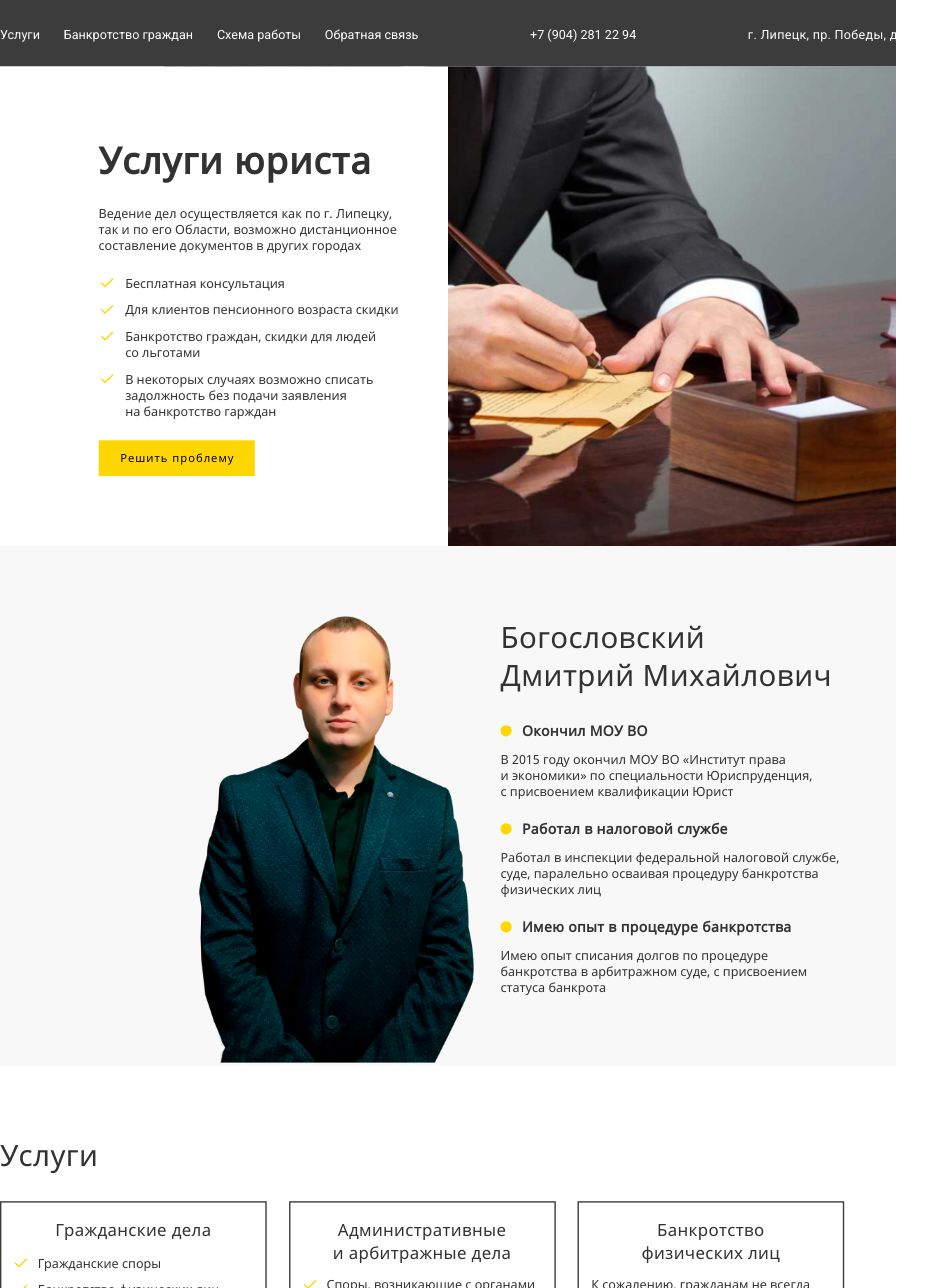
Repository: Nisovaki/antei
Page: http://localhost/
The author's editor kept a copy of each file at every save. The page is drawn from the files as they stood at one save, then again after the next save.
The browser window is 1280 px wide. The page is 1313 px wide, then 1347 px, so the pictures cover 1347 px, including what lies to the right of the window. The pictures show the part of the page from y = 0 to 1840 px (the page is 6036 px tall), at 70% of full size.
The page is run by PHP 8.4 with error messages shown; the project is at /var/www/html/. Style sheets and scripts are compiled from the project's sources, by tool versions that may differ from the author's.

Above is the page before, as saved 2022-03-19 11:47:14.

### index.html
<!DOCTYPE html>
<html lang="ru">
<head>
	<meta charset="UTF-8">
	<meta http-equiv="X-UA-Compatible" content="IE=edge">
	<meta name="viewport" content="width=1440"/>
	<link rel="stylesheet" href="css/style.css">
	<link rel="preconnect" href="https://fonts.googleapis.com">
	<link rel="preconnect" href="https://fonts.gstatic.com" crossorigin>
	<link href="https://fonts.googleapis.com/css2?family=Roboto&display=swap" rel="stylesheet">
	<title>Услуги юриста</title>
</head>
<body>
	<navbar class="navbar">
		<div class="container">
			<div class="navbar-block">
				<ul class="navbar-list">
					<li class="navbar-item"><a href="#" class="navbar-link">Услуги</a></li>
					<li class="navbar-item"><a href="#" class="navbar-link">Банкротство граждан</a></li>
					<li class="navbar-item"><a href="#" class="navbar-link">Схема работы</a></li>
					<li class="navbar-item"><a href="#" class="navbar-link">Обратная связь</a></li>
				</ul>
				<div class="navbar-tel"><a href="tel:+79042812294" class="navbar-link">+7 (904) 281 22 94</a></div>
				<div class="navbar-address">г. Липецк, пр. Победы, д. 89</div>
			</div>
   </div>
	</navbar>

	<header class="header">
		<div class="container">
			<div class="header-block">
				<h1 class="header-block__title">Услуги юриста</h1>
				<div class="header-block__text">
					Ведение дел осуществляется как по г. Липецку, так и по его Области, возможно дистанционное составление документов
					в других городах
				</div>

				<ul class="header-block__list">
					<li class="icons header-block__item"><span class="icons__check"> Бесплатная консультация</span></li>
					<li class="icons header-block__item"><span class="icons__check"> Для клиентов пенсионного возраста скидки</span></li>
					<li class="icons header-block__item"><span class="icons__check"> Банкротство граждан, скидки для людей со&nbsp;льготами</span></li>
					<li class="icons header-block__item"><span class="icons__check"> В некоторых случаях возможно списать задолжность без подачи заявления на&nbsp;банкротство гарждан</span></li>
				</ul>

				<button class="button header__button">Решить проблему</button>
			</div>
		</div>
	</header>

	<section class="biography">
		<div class="container">
			<div class="author">
				<div class="author-img">
					<img src="img/biography/author.png" alt="Фотография: Богословский Дмитрий Михайлович" class="biography-author">
				</div>
				<div class="author-block">
					<h2 class="title biography-title">Богословский Дмитрий Михайлович</h2>
					<div class="biography-block">
						<div class="biography-subtitle"><span class="biography-subtitle__elipse"></span> Окончил МОУ ВО</div>
						<div class="biography-text">В 2015 году окончил МОУ ВО «Институт правa<br>и экономики» по специальности Юриспруденция,<br> с
							присвоением квалификации Юрист</div>
						<div class="biography-subtitle"><span class="biography-subtitle__elipse"></span> Работал в налоговой службе</div>
						<div class="biography-text">Работал в инспекции федеральной налоговой службе, суде, паралельно осваивая процедуру
							банкротства физических лиц</div>
						<div class="biography-subtitle"><span class="biography-subtitle__elipse"></span> Имею опыт в процедуре банкротства
						</div>
						<div class="biography-text">Имею опыт списания долгов по процедуре банкротства в арбитражном суде, с присвоением
							статуса банкрота</div>
					</div>
				</div>
			</div>
		</div>
	</section>
	<section class="services">
		<div class="container">
			<h2 class="title services__title">Услуги</h2>
			<div class="services-block">
				<div class="services-block__item">
					<h3 class="services-block__title">Гражданские дела</h3>
					<ul class="services-block__list">
						<li class="icons services-block__cell">Гражданские споры</li>
						<li class="icons services-block__cell">Банкротство физических лиц</li>
						<li class="icons services-block__cell">Жилищные и трудовые споры</li>
						<li class="icons services-block__cell">Споры по кредитам частичное списание (индивидуально)</li>
						<li class="icons services-block__cell">Страховые вопросы</li>
						<li class="icons services-block__cell">Возмещение морального вреда, (составление претензий, жалоб, исковых заявлений, представительство в суде)</li>
					</ul>
				</div>

				<div class="services-block__item">
					<h3 class="services-block__title">Административные и&nbsp;арбитражные дела</h3>
					<ul class="services-block__list">
						<li class="icons services-block__cell">Споры, возникающие с органами испольнительной власти</li>
						<li class="icons services-block__cell">Досудебный порядок регулирования</li>
						<li class="icons services-block__cell">Составление претензий, жалоб, искового заявления</li>
						<li class="icons services-block__cell">Ознакомление с материалами дела</li>
						<li class="icons services-block__cell">Представительство в судах</li>
					</ul>
				</div>

				<div class="services-block__item">
					<h3 class="services-block__title">Банкротство физических лиц</h3>
					<p class="services-block__text">К сожалению, гражданам не всегда удаётся своевременно погасить образовавшиеся задолженности<br> по многим причинам — потеря<br>
					работы, заболевание, требующее срочного лечения и т.д., однако<br> выход есть всегда, это Банкротство физичсекого лица</p>
					<a href="#" class="services-block__link">Узнать подробнее
						<img src="img/services/arrow.svg" alt="стрелка" class="services-block__img-1">
						<img src="img/services/arrow.svg" alt="стрелка" class="services-block__img-2">
					</a>
				</div>
			</div>
			<div class="services__wrapper">
				<button class="button services__button"><a href="#" class="services__button-link">Обратиться за помощью</a></button>
			</div>
		</div>
	</section>

	<section class="algorithm">
		<div class="container">
			<div class="algorithm-block">
				<div class="algorithm-block__item-1">
					<h2 class="title algorithm-block__title">Наш алгоритм действий</h2>
					<ol class="algorithm-block__list">
						<li class="algorithm-block__cell algorithm-block__cell-color"><div class="algorithm-block__element"></div> Изучение дела</li>
						<li class="algorithm-block__cell"><div class="algorithm-block__element"></div> Выработка стратегии</li>
						<li class="algorithm-block__cell"><div class="algorithm-block__element"></div> Претензионная работа</li>
						<li class="algorithm-block__cell"><div class="algorithm-block__element"></div> Подготовка пиьменной позиции</li>
						<li class="algorithm-block__cell"><div class="algorithm-block__element"></div> Наложение обеспечительных мер</li>
						<li class="algorithm-block__cell"><div class="algorithm-block__element"></div> Сбор доказательств</li>
						<li class="algorithm-block__cell"><div class="algorithm-block__element"></div> Представление интересов клиента в суде</li>
						<li class="algorithm-block__cell"> В случае обжалования решения суда первой инстанции — подготовка апелляционной и&nbsp;кассационной жалобы</li>
					</ol>
				</div>
				<div class="algorithm-block__item-2"><img src="img/algorithm/algorithm-img.jpg" alt="img: algorithm-block__img" class="algorithm-block__img"></div>
			</div>
		</div>
	</section>

	<section class="smash">
		<div class="container">
			<h2 class="title smash__title">Банкротство граждан</h2>
			<p class="smash__text">Это прозрачный и законный способ списания долгов (кредитов, займов, микрозаймов, долговых расписок) для гражданина,
			который регулируется Федеральным законом «О несостоятельности (банкротстве)»<br> от 26.10.2002 N 127-ФЗ (последняя редакция)</p>

			<div class="smash-wrapper">
				<div class="smash-wrapper__item smash-wrapper__item--indent-1">
					<div class="smash-wrapper__num">1</div>
					<div class="smash-wrapper__title">Консультация</div>
					<div class="smash-wrapper__text">Квалифицированные специалисты с многолетним опытом, помогают клиенту соориентироваться необходима ли для него процедура
					банкротства, каковы плюсы и минусы, есть ли ограничения,<br>каков предполагаемый результат на стадии<br> анализа.
  					</div>
				</div>

				<div class="smash-arrow__right"><img src="img/smash/arrow_right.svg" alt="arrow_right"></div>

				<div class="smash-wrapper__item smash-wrapper__item--indent-2">
					<div class="smash-wrapper__num">2</div>
					<div class="smash-wrapper__title">Составление перечьня докуметов</div>
					<div class="smash-wrapper__text">Составление необходимого перечьня документов, при необходимости восстановления справок, договоров, для предоставления
					юристу, при составлении Заявление о признании должника несостоятельным (банкротом), с пошаговым объяснением клиенту, для
					чего тот или иной абзац.
					</div>
				</div>

				<div class="smash-arrow__bottom"><img src="img/smash/arrow_bottom .svg" alt="arrow_bottom"></div>

				<div class="smash-wrapper__item smash-wrapper__item--indent-3">
					<div class="smash-wrapper__num">3</div>
					<div class="smash-wrapper__title">Подача заявления</div>
					<div class="smash-wrapper__text">Подача заявления в Арбитражный суд и представительство его интересов в суде по<br> данному делу, процедура списания долгов,
					при которой можно вздохнуть спокойно и<br> наслаждаться жизнью.
					</div>
				</div>
			</div>
			<!-- /.smash-wrapper -->
		</div>
		<!-- /. container -->
	</section>

	<section class="scheme">
		<div class="container">
			<h2 class="title scheme__title">Схема работы</h2>
			<div class="scheme-wrapper">
				<div class="scheme-wrapper__item">
					<div class="scheme-wrapper--dotted-1"></div>
					<div class="scheme-wrapper__num scheme-wrapper__num--color">1</div>
					<p class="scheme-wrapper__text">Оставьте заявку <br>или позвоните по номеру телефона</p>
				</div>
				<!-- /.scheme-wrapper__item -->
				<div class="scheme-wrapper__item">
					<div class="scheme-wrapper--dotted-2"></div>
					<div class="scheme-wrapper__num scheme-wrapper__num-2">2</div>
					<p class="scheme-wrapper__text">Бесплатно изучаю <br>ваши документы</p>
				</div>
				<!-- /.scheme-wrapper__item -->
				<div class="scheme-wrapper__item">
					<div class="scheme-wrapper--dotted-3"></div>
					<div class="scheme-wrapper__num scheme-wrapper__num-3">3</div>
					<p class="scheme-wrapper__text">Оцениваю ситуацию<br> и называю стоимость услуг</p>
				</div>
				<!-- /.scheme-wrapper__item -->
				<div class="scheme-wrapper__item">
					<div class="scheme-wrapper__num scheme-wrapper__num-4">4</div>
					<p class="scheme-wrapper__text">Заключаем сотрудничество и решаем проблему</p>
				</div>
				<!-- /.scheme-wrapper__item -->
			</div>
			<!-- /.scheme-wrapper -->
			<button class="button scheme__button">Оставить заявку</button>
		</div>
		<!-- /.container -->
	</section>
	<!-- /.scheme -->
    <section class="feedback">
		<div class="container">
			<div class="feedback-block">
				<div class="feedback-block__title">Обратная связь</div>
				<form action="send.php" method="post" class="feedback-form">
					<div class="feedback-input">
						<input type="text" placeholder="Ваше имя" class="feedback__input" name="name">
						<input type="text" placeholder="Электронная почта" class="feedback__input" name="email">
					</div>
					<textarea name="message" placeholder="Ваше сообщение" class="feedback__message"></textarea>
					<div class="feedback__wrapper">
						<input type="file" name="file" type="file" name="file" id="input__file" multiple class="feedback__file">
						<label for="input__file" class="feedback__file-button">
							<span class="feedback__file-button-text">
								<img src="img/feedback/file.svg" alt="файл">
								Загрусить файл
							</span>
						</label>
					</div>
					<div class="feedback__agreemet">
						<input type="checkbox" class="feedback__checkbox">
						<span class="feedback__text">Даю согласие на обработку персональных данных</span>
					</div>
					<button class="feedback__button">Отправить</button>
				</form>
			</div>
		</div>
	</section>

	<footer class="footer">
		<div class="container">
			<div class="footer-contacts">
				<h2 class="title footer__title">Контакты</h2>
				<div class="footer-contacts__item">
					<h3 class="footer-contacts__subtitle footer-contacts__subtitle--ml-1"><img src="img/footer/phone.svg" alt="icon: тефон" class="footer-contacts__icon-1">Номер телефона</h3>
					<a href="tel:+79042812294" class="footer-contacts__phone--ml1">+7 (904) 281 22 94</a>
					<a href="tel:+79042812293" class="footer-contacts__phone--ml2">+7 (904) 281 22 93</a>
					<div class="footer-contacts__block">
						<a href="" target="_blank"><img src="img/footer/viber.svg" alt="icon: viber" class="footer-contacts__icon"></a>
						<a href="" target="_blank"><img src="img/footer/watsapp.svg" alt="icon: watsapp" class="footer-contacts__icon"></a>
						<a href="" target="_blank"><img src="img/footer/telegram.svg" alt="icon: telegram" class="footer-contacts__icon"></a>
					</div>
					<p class="footer-contacts__subtitle footer-contacts__subtitle--ml-2"><img src="img/footer/email.svg" alt="icon: email" class="footer-contacts__icon-2"> Электронная почта</p>
					<a href="mailto:adp48ru@mail.ru" class="footer-contacts__email">adp48ru@mail.ru</a>
					<h3 class="footer-contacts__subtitle footer-contacts__subtitle--ml-3 "><img src="img/footer/map.svg" alt="icon: адрес" class="footer-contacts__icon-3"> Адрес</h3>
					<p class="footer-contacts__text">г. Липецк, пр. Победы, д. 89, 2 этаж</p>
					<h3 class="footer-contacts__subtitle footer-contacts__subtitle--ml-4"><img src="img/footer/clock.svg" alt="icon: режим работы" class="footer-contacts__icon-4"> Часы работы</h3>
					<p class="footer-contacts__text">Будни с 09:00 до17:00, выходные с 09:00 до 13:00 по записи</p>
				</div>

			</div>
			<!-- /.footer-contacts -->
			<div class="footer-map">

			</div>
			<!-- /.footer-map -->
		</div>
			<div class="footer-law">
				<div class="container">
					<p class="footer-law__text">© Все права защищены</p>
				</div>
			</div>

		<!-- /.container -->
	</footer>
	<!-- /.footer -->
</body>
</html>

### sass/style.sass
@import "_normalize.scss"
@import "_variables.sass"
@import "_settings.sass"
@import "_fonts.scss"
@import "block/_navbar.sass"
@import "block/_header.sass"
@import "block/_biography.sass"
@import "block/_services.sass"
@import "block/_algorithm.sass"
@import "block/_smash.sass"
@import "block/_feedback.sass"
@import "block/_footer.sass"
@import "block/_scheme.sass"

### sass/_variables.sass
$dark: #3C3C3C
$light: #FFFFFF
$txt-color: #323232
$btn-color: #FFD600
$fon-color: #F8F8F8
$dashed-color: #BABABA

### sass/_settings.sass
*
	box-sizing: border-box
body
	font-family: "Noto Sans", sans-serif
	font-weight: 400
	color: $txt-color
img
	max-width: 100%
.container
	max-width: 1320px
	margin: auto
.icons
	list-style-image: url(../img/header/Vector.svg)
	&__check
		position: relative
		left: 10px
.button
	padding: 15px 30px
	background-color: $btn-color
	border: none
	cursor: pointer
.title
	font-weight: 500
	font-size: 42px
	line-height: 130%
@media (max-width: 1200px)
	br
		display: none

### sass/_fonts.scss
@font-face {
  font-family: "Noto Sans bold";
  src: url("../fonts/NotoSans-Bold.woff2") format("woff2"),
    url("../fonts/NotoSans-Bold.woff") format("woff");
  font-weight: bold;
  font-style: normal;
  font-display: swap;
}

@font-face {
  font-family: "Noto Sans";
  src: url("../fonts/NotoSans.woff2") format("woff2"),
    url("../fonts/NotoSans.woff") format("woff");
  font-weight: normal;
  font-style: normal;
  font-display: swap;
}

### sass/block/_navbar.sass
.navbar
	display: block
	font-family: 'Roboto', sans-serif
	background-color: $dark
	color: $light
	padding: 37px 0 35px 0
	font-size: 18px
	line-height: 130%
	&-block
		display: flex
		justify-content: space-between
	&-list
		display: flex
		justify-content: space-between
		align-items: center
		margin: 0
		padding: 0
		flex-basis: 46.7%
	&-item
		list-style: none
	&-link
		color: inherit
		text-decoration: none
	&-address
		margin-right: -2.6%
		letter-spacing: 0.4px

### sass/block/_header.sass
.header
	padding: 100px 0
	background: url(../img/header/fon-img.jpg)
	background-repeat: no-repeat
	background-size: contain
	background-position: center right
	position: relative
	&::before
		content: ''
		width: 50%
		height: 100%
		position: absolute
		top: 0
		left: 0
		background-color: #ffffff
	&-block
		width: 39%
		position: relative
		margin-right: 50px
		margin-left: 11%
		&__list
			margin: 0
			padding: 0
			padding-left: 28px
		&__text
			width: 430px
			font-size: 18px
			line-height: 129%
			margin-bottom: 30px
		&__item
			margin-bottom: 15px
			width: 405px
			font-size: 18px
			line-height: 128%
		&__title
			font-weight: 600
			font-size: 52px
			line-height: 130%
			margin: 0
			margin-bottom: 30px
			letter-spacing: 1.5px
	&__button
		margin-top: 15px
		padding: 16px 29px 17px 31px
		letter-spacing: 1.4px

### sass/block/_biography.sass
.biography
	padding-top: 100px
	background-color: $fon-color
	&-title
		letter-spacing: 0.6px
		width: 475px
		margin: 0
		margin-bottom: 40px
		margin-top: 2px
	&-subtitle
		font-weight: 600
		font-size: 20px
		line-height: 130%
		margin-bottom: 15px
		letter-spacing: 0.5px
		&__elipse
			display: inline-block
			width: 16px
			height: 16px
			background-color: $btn-color
			border-radius: 50%
			margin-right: 9px
	&-text
		font-size: 18px
		line-height: 128%
		width: 487px
		margin-bottom: 30px
.author
	display: flex
	justify-content: flex-end
	&-img
		flex-basis: 56%
		margin-left: 263px
	&-block
		flex-basis: 70%

### sass/block/_services.sass
.services
    padding-top: 100px
    padding-bottom: 100px
    &__title
        letter-spacing: 0.6px
        margin: 0
        margin-bottom: 40px
    &-block
        width: 1206px
        display: flex
        justify-content: space-between
        &__list
            padding-inline-start: 44px
            margin-bottom: 22px
        &__item
            border: 2px solid $dark
            width: 381px
            margin-bottom: 30px
        &__title
            font-weight: 500
            font-size: 24px
            line-height: 130%
            margin-top: 23px
            margin-bottom: 20px
            margin-left: auto
            margin-right: auto
            text-align: center
            width: 294px
            letter-spacing: 0.5px
            margin-left: 11%
        &__cell
            padding-inline-start: 8px
            font-size: 18px
            line-height: 128%
            margin: 15px 0
            width: 308px
        &__text
            margin: 0 auto 25px auto
            font-size: 18px
            line-height: 128%
            width: 342px
        &__link
            display: block
            width: 323px
            font-weight: 500
            font-size: 18px
            line-height: 130%
            color: $btn-color
            margin: 0 auto
            text-decoration: none
            letter-spacing: 0.2px
        &__img-1
            margin-left: 5px
        &__img-2
            margin-left: -5px
    &__wrapper
        width: 387px
        margin: 0  auto
    &__button
        display: flex
        &-link
            color: inherit
            text-decoration: none
            font-weight: 500
            font-size: 18px
            line-height: 130%
            letter-spacing: 0.2px

### sass/block/_algorithm.sass
.algorithm
    padding: 100px 0 70px 0
    background-color: $fon-color
    &-block
        display: flex
        position: relative
        &__item-1
            width: 515px
            margin-left: 103px
        &__title
            width: 382px
            display: inline-block
            margin: 0
            margin-bottom: 40px
            letter-spacing: 0.5px
        &__cell-color
            &::before
                background-color: $btn-color
        &__element
            position: absolute
            top: 33px
            left: 17px
            width: 0px
            height: 34px
            border: 1px dashed $dashed-color
        &__img
            max-width: inherit
ol
    list-style: none
    width: 445px
    font-size: 17px
    font-weight: 400
    padding: 0
    margin: 0
    li
        counter-increment: num
        margin: 0
        padding: 7px 0 35px 44px
        position: relative
        line-height: 125%
        letter-spacing: 0.5px
        &::marker
            display: none
        &::before
            content: counter(num)
            display: inline-block
            position: absolute
            top: 0
            left: 0
            background: #fff
            color: $dark
            text-align: center
            font-size: 18px
            padding: 6px 12px 6px 9px
            border: 1px solid $btn-color
            border-radius: 50%

### sass/block/_footer.sass
.footer
	&__title
		font-style: normal
		font-weight: 500
		font-size: 42px
		line-height: 130%
		margin-top: 0
		margin-bottom: 43px
	&__item
		display: flex
	&-contacts
		&__block
			margin-left: 43px
			margin-top: 10px
		&__subtitle
			display: flex
			justify-content: space-between
			align-items: center
			font-style: normal
			font-weight: 400
			font-size: 18px
			line-height: 130%
			margin-bottom: 14px
			&--ml-1
				width: 14.5%
			&--ml-2
				display: flex
				justify-content: space-between
				align-items: center
				width: 16.3%
			&--ml-3
				width: 7.3%
			&--ml-4
				width: 12%
		&__phone
			font-style: normal
			font-weight: 500
			font-size: 18px
			line-height: 130%
			color: inherit
			text-decoration: none
			margin-bottom: 10px
			&--ml1
				text-decoration: none
				margin-left: 43px
				color: inherit
			&--ml2
				margin-left: 10px
				color: inherit
				text-decoration: none
		&__text
			font-style: normal
			font-weight: 400
			font-size: 18px
			line-height: 130%
			color: inherit
			margin-left: 43px
			margin-top: 0
			margin-bottom: 14px
		&__email
			color: inherit
			text-decoration: none
			margin-bottom: 30px
			margin-left: 43px
		&__icon
			margin-right: 15px
			margin-bottom: 30px
			width: 40px
			height: 40px
		&-map
			margin-bottom: 100px
	&-law
		width: 100%
		height: 83px
		background-color: $dark
		&__text
			text-align: center
			padding-top: 30px
			font-style: normal
			font-weight: 400
			font-size: 18px
			line-height: 130%
			color: $light

Loaded but not shown: sass/_normalize.scss (common file); img/smash/arrow_right.svg (3 lines, source omitted); img/smash/arrow_bottom .svg (3 lines, source omitted); img/footer/viber.svg (4 lines, source omitted); img/footer/email.svg (11 lines, source omitted); img/footer/clock.svg (4 lines, source omitted); img/footer/map.svg (4 lines, source omitted); img/footer/phone.svg (3 lines, source omitted); img/footer/watsapp.svg (4 lines, source omitted); img/footer/telegram.svg (45 lines, source omitted); img/feedback/file.svg (3 lines, source omitted); img/header/Vector.svg (3 lines, source omitted); img/services/arrow.svg (3 lines, source omitted); sass/block/_feedback.sass (102 lines, source omitted); sass/block/_scheme.sass (69 lines, source omitted); sass/block/_smash.sass (65 lines, source omitted)

After the next save:
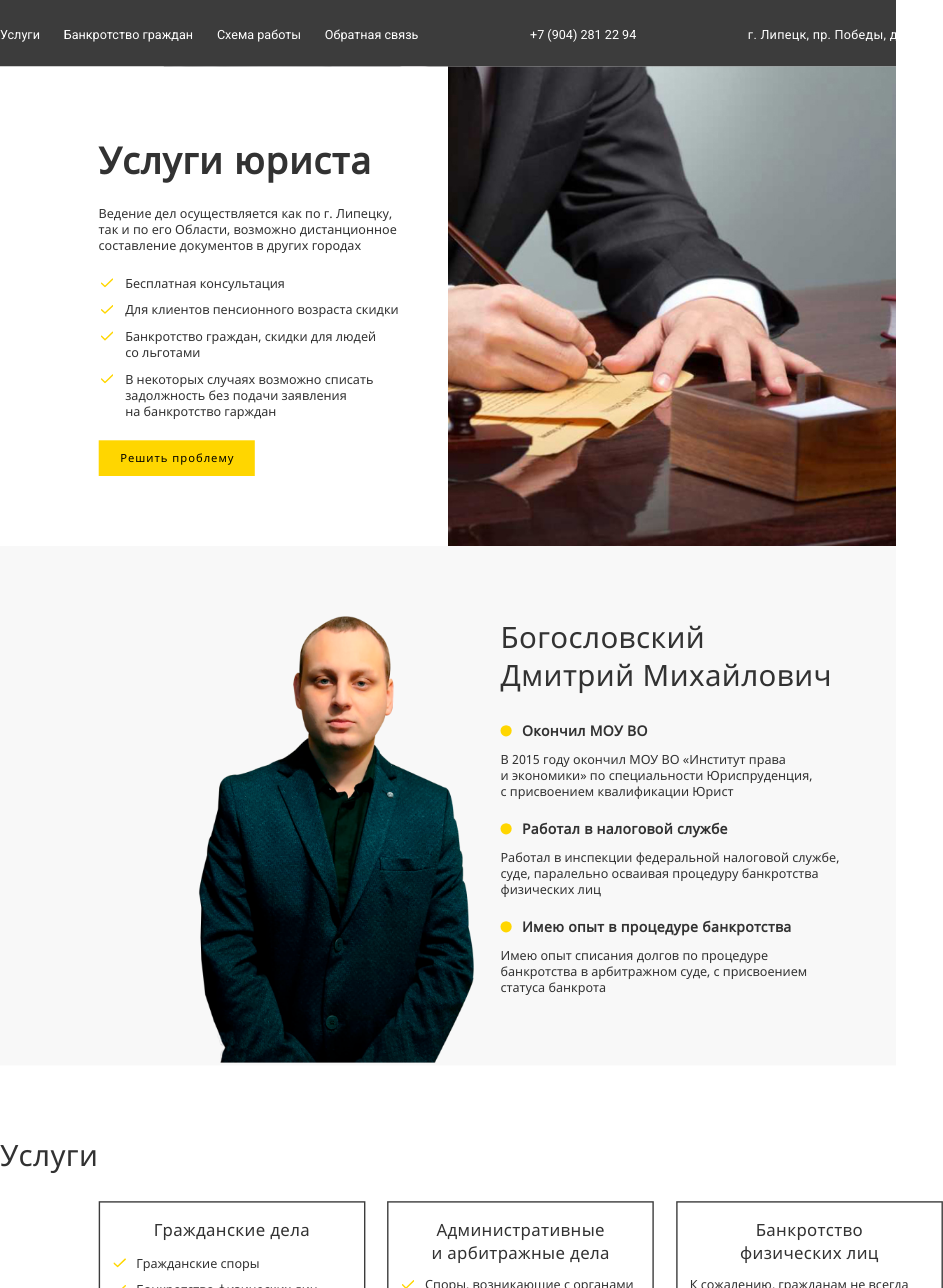
Saved 32 s later.
--- a/sass/block/_services.sass
+++ b/sass/block/_services.sass
@@ -9,6 +9,7 @@
         width: 1206px
         display: flex
         justify-content: space-between
+        margin-left: 11%
         &__list
             padding-inline-start: 44px
             margin-bottom: 22px
